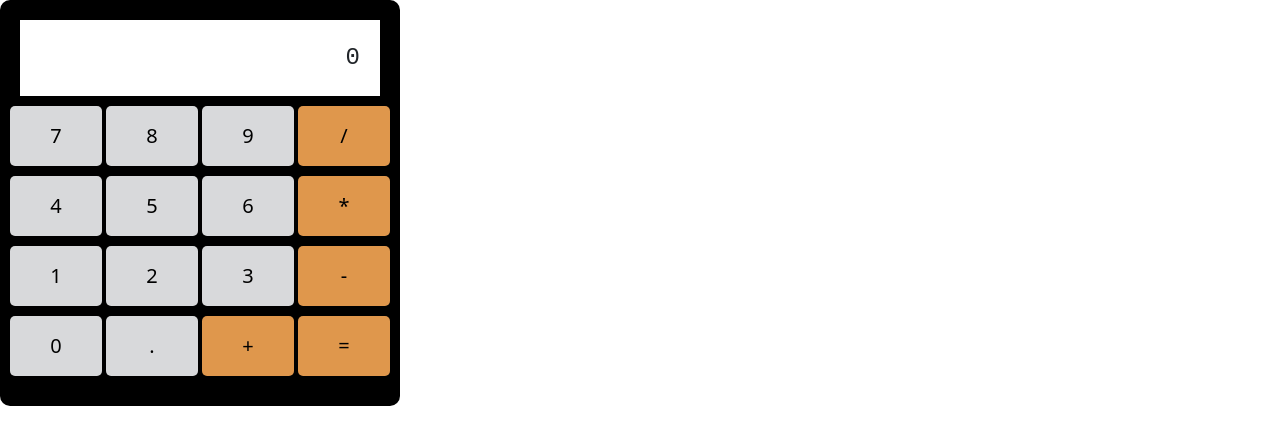
Repository: jgramirez0210/LAB-calculator
Page: index.html
These files come from the project's save history. The page is drawn as it stood at one moment and after the next save; the edit follows.
The browser window is 1280 px wide. The pictures show the whole page.

Above is the page before, as saved 2023-10-10 21:00:58.

### index.html
<!DOCTYPE html>
<html lang="en">
<head>
  <meta charset="UTF-8">
  <meta name="viewport" content="width=device-width, initial-scale=1.0">
  <title>Calculator</title>
  <link href="https://cdn.jsdelivr.net/npm/bootstrap@5.3.2/dist/css/bootstrap.min.css" rel="stylesheet" integrity="sha384-T3c6CoIi6uLrA9TneNEoa7RxnatzjcDSCmG1MXxSR1GAsXEV/Dwwykc2MPK8M2HN" crossorigin="anonymous">
  <link rel="stylesheet" href="main.css">
</head>
<body>
  <div class="calculator">
    <div class="display">0</div>
    <div class="row">
        <button>7</button>
        <button>8</button>
        <button>9</button>
        <button class="function">/</button>
    </div>
    <div class="row">
        <button>4</button>
        <button>5</button>
        <button>6</button>
        <button class="function">*</button>
    </div>
    <div class="row">
        <button>1</button>
        <button>2</button>
        <button>3</button>
        <button class="function">-</button>
    </div>
    <div class="row">
        <button>0</button>
        <button>.</button>
        <button class="function">+</button>
        <button class="function">=</button>
    </div>
</div>

  <script src="https://cdn.jsdelivr.net/npm/bootstrap@5.3.2/dist/js/bootstrap.bundle.min.js" integrity="sha384-C6RzsynM9kWDrMNeT87bh95OGNyZPhcTNXj1NW7RuBCsyN/o0jlpcV8Qyq46cDfL" crossorigin="anonymous"></script>
  <script src="main.js"></script>
</body>
</html>

### main.css
* {
  box-sizing: border-box;
  margin: 0;
  padding: 0;
}

.calculator {
  width: 400px;
  background-color: #000000;
  padding: 20px;
  border-radius: 10px;
}

.display {
  font-family: monospace;
  background-color: #ffffff;
  padding: 20px;
  font-size: 24px;
  margin-bottom: 10px;
  text-align: right;
}

.row {
  display: flex;
  justify-content: space-between;
  margin-bottom: 10px; /* Adjusted to a fixed pixel value for consistency */
}

button {
  flex: 1; /* Ensures equal distribution of space among buttons */
  margin: 0 2px; /* Added a slight margin for spacing */
  padding: 15px;
  font-size: 20px;
  background-color: #d8d9db;
  border: none;
  border-radius: 5px;
  transition: background-color 0.3s;
}

button:hover {
  background-color: #ebebeb;
}

button:active {
  background-color: #bbbcbe;
}

button.function {
  background-color: #df974c;
}

button.function:hover {
  background-color: #dfb07e;
}

button.function:active {
  background-color: #dd8d37;
}

### main.js
console.log("testeroo")

After the next save:
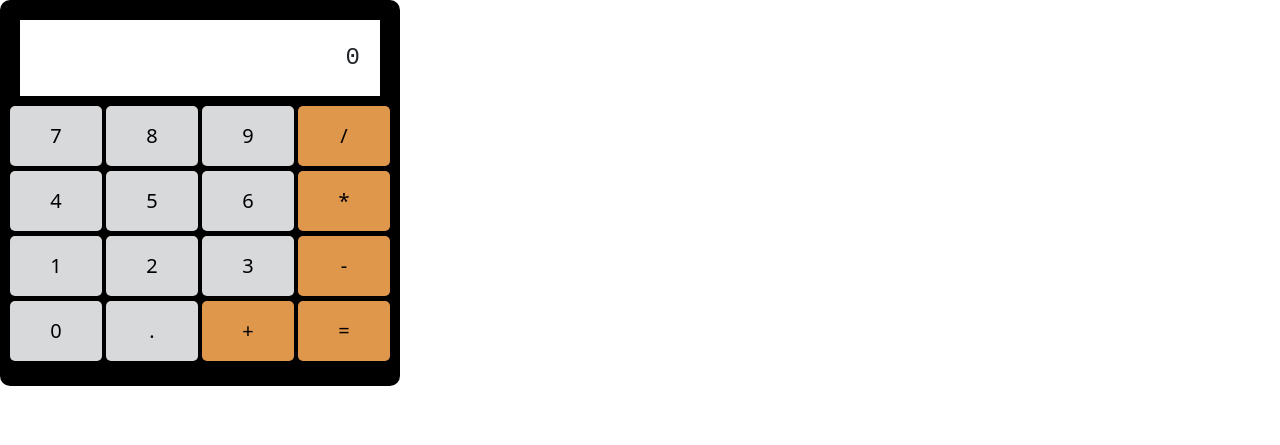
Saved 25 s later.
--- a/main.css
+++ b/main.css
@@ -23,7 +23,7 @@
 .row {
   display: flex;
   justify-content: space-between;
-  margin-bottom: 10px; /* Adjusted to a fixed pixel value for consistency */
+  margin-bottom: 5px; /* Adjusted to a fixed pixel value for consistency */
 }
 
 button {
